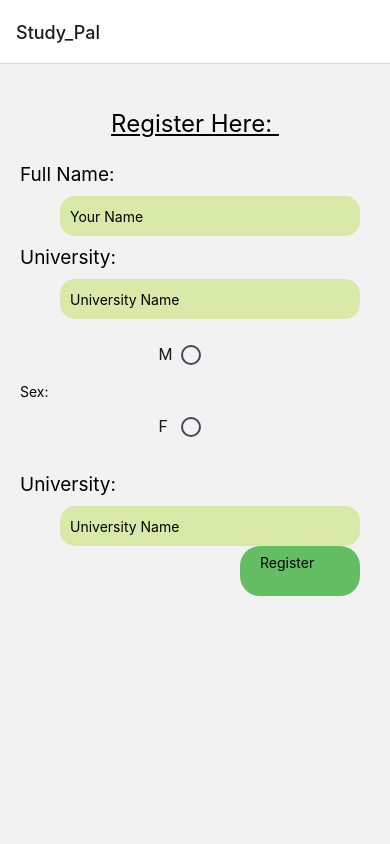
Repository: abdurehmanali611/Study-Pal
Screen: /
The author's editor kept a copy of each file at every save. The screen is drawn from the files as they stood at one save, then again after the next save.
The app was drawn by React Native's web renderer in a window 390 px wide. The project was rebuilt for these pictures with package versions that can differ from the ones it lists, and the page was loaded fresh each time. Also part of the build but not shown: Front_Pages/Home.js, Screens/Softwareeng.js, Screens/Computersci.js, Screens/Informationsci.js, Screens/Informationtech.js, Screens/Softwarecards.js, Screens/Computercards.js, Screens/Sciencecards.js and 4 more.

Above is the screen before, as saved 2024-01-23 22:15:50.

### App.js
import { createStackNavigator } from "@react-navigation/stack";
import { NavigationContainer } from "@react-navigation/native";
import Sign_Up from "./Front_Pages/Sign_Up";
import Home from "./Front_Pages/Home";
import Softwareeng from "./Screens/Softwareeng";
import Computersci from "./Screens/Computersci";
import Informationsci from "./Screens/Informationsci";
import Informationtech from "./Screens/Informationtech";
import Softwarecards from "./Screens/Softwarecards";
import Computercards from "./Screens/Computercards";
import Sciencecards from "./Screens/Sciencecards";
import Technologycards from "./Screens/Technologycards";
import About_Us from "./Profile_pages/About_Us";
import Contacts from "./Profile_pages/Contacts";
import Setting from "./Profile_pages/Setting";

const stack = createStackNavigator();

const App = () => {

  return  <NavigationContainer>
       <stack.Navigator initialRouteName="Sign">
       <stack.Screen name="Sign" component={Sign_Up} options={{title: 'Study_Pal'}} />
       <stack.Screen name ="Home" component={Home} options={{title: 'Study_Pal'}}/>
       <stack.Screen name="software" component={Softwareeng} options={{title: 'Study_Pal'}}/>
       <stack.Screen name="softwarecard" component={Softwarecards} options={{title: 'Study_Pal'}}/>
       <stack.Screen name="computer" component={Computersci} options={{title: 'Study_Pal'}}/>
       <stack.Screen name="computercard" component={Computercards} options={{title: 'Study_Pal'}}/>
       <stack.Screen name="information" component={Informationsci} options={{title: 'Study_Pal'}}/>
       <stack.Screen name="informationcard" component={Sciencecards} options={{title: 'Study_Pal'}}/>
       <stack.Screen name="technology" component={Informationtech} options={{title: 'Study_Pal'}}/>
       <stack.Screen name="technologycard" component={Technologycards} options={{title: 'Study_Pal'}}/>
       <stack.Screen name="about" component={About_Us} options={{title: 'Study_Pal'}}/>
       <stack.Screen name="contact" component={Contacts} options={{title: 'Study_Pal'}}/>
       <stack.Screen name="setting" component={Setting} options={{title: 'Study_Pal'}}/>
       </stack.Navigator>
   </NavigationContainer>
}

export default App

### Front_Pages/Sign_Up.js
import { View, Text, TextInput, StyleSheet, ScrollView, TouchableOpacity, Alert } from 'react-native'
import React, { useState, useLayoutEffect } from 'react'
import {RadioButton} from 'react-native-paper'

const Sign_Up = ({navigation}) => {

   const [sex, setSex] = useState('')
   const [name, setName] = useState('')
   const [university, setUniversity] = useState('')

   const register = () => {

      if (name == '' || name.startsWith('_') ) {

        Alert.alert(
            'Invalid Input',
            'You have entered an invalid input',
            [
                {text: 'OK'}
        ]
        )
      }else {
           navigation.navigate('Home')
      }
   }

  return <ScrollView
      showsVerticalScrollIndicator = {false}
      style = {styles.overall}>
         <View style = {styles.title}>
            <Text style = {styles.texttitle}>Register Here: </Text>
         </View>
         <View>
            <Text style = {styles.objecttext}>Full Name: </Text>
            <TextInput
            value={name}
            onChangeText={(newname) => setName(newname)}
            style = {styles.textinput}
            placeholder='Your Name'
            textContentType='name'
            />
         </View>
         <View>
            <Text style = {styles.objecttext}>University: </Text>
            <TextInput
            value={university}
            onChangeText={(newuniversity) => setName(newuniversity)}
            style = {styles.textinput}
            placeholder='University Name'
            textContentType='name'
            />
         </View>
         <View style = {{flexDirection: 'row', alignItems: 'center'}}>
            <View>
               <Text>Sex: </Text>
            </View>
            <View>
          <RadioButton.Group
          value={sex}
          onValueChange={(yoursex) => setSex(yoursex)}
          >
             <RadioButton.Item
             style = {styles.radiogroup}
             label='M'
             value='male'
             color='green'
             />
             <RadioButton.Item
             style = {styles.radiogroup}
             label='F'
             value='female'
             color='red'
             />
          </RadioButton.Group>
          </View>
         </View>
         <View>
         <View>
            <Text style = {styles.objecttext}>University: </Text>
            <TextInput
            value={university}
            onChangeText={(newuniversity) => setName(newuniversity)}
            style = {styles.textinput}
            placeholder='University Name'
            textContentType='name'
            />
         </View>
         </View>
         <View>
          <TouchableOpacity
          style = {styles.press}
          onPress={register}
          >
             <Text>
                Register
             </Text>
          </TouchableOpacity>
         </View>
        </ScrollView>

}

const randomRGB = () => {

   const red = Math.floor(Math.random() * 256)
   const green = Math.floor(Math.random() * 256)
   const blue = Math.floor(Math.random() * 256)

   return `rgb(${red},${green}, ${blue})`
}

const styles = StyleSheet.create ({

    overall : {
       marginVertical: 30,
       marginHorizontal: 20
    },
    title : {
        alignItems: 'center',
        marginVertical: 15
    },
    texttitle : {
        fontSize: 24,
        textDecorationLine: 'underline'
    },
    objecttext : {
        fontSize: 19,
        marginVertical: 10
    },
    textinput : {
        marginHorizontal: 40,
        borderRadius: 15,
        backgroundColor: randomRGB(),
        width: 300,
        height: 40,
        paddingLeft: 10
    },
    radiogroup : {
      marginHorizontal: 90,
      marginVertical: 10
    },
    press : {
      marginHorizontal: 220,
      borderRadius: 20,
      backgroundColor: `rgb(100,190,100)`,
      height: 50,
      width: 120,
      paddingLeft: 20,
      paddingTop: 8
    }
})

export default Sign_Up

After the next save:
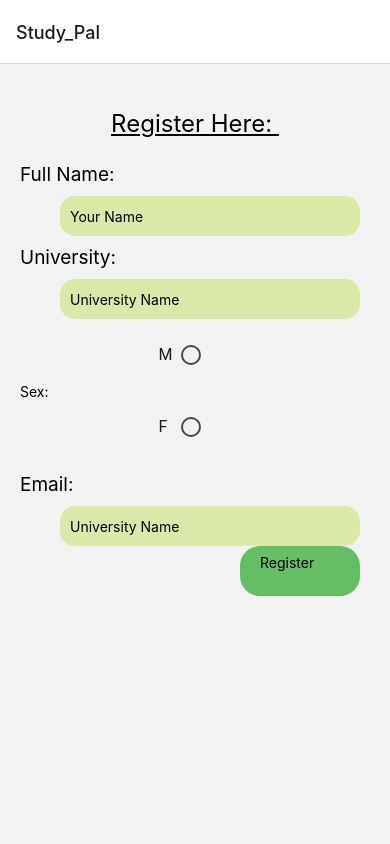
Saved 9 s later.
--- a/Front_Pages/Sign_Up.js
+++ b/Front_Pages/Sign_Up.js
@@ -76,7 +76,7 @@ const Sign_Up = ({navigation}) => {
          </View>
          <View>
          <View>
-            <Text style = {styles.objecttext}>University: </Text>
+            <Text style = {styles.objecttext}>Email: </Text>
             <TextInput
             value={university}
             onChangeText={(newuniversity) => setName(newuniversity)}
